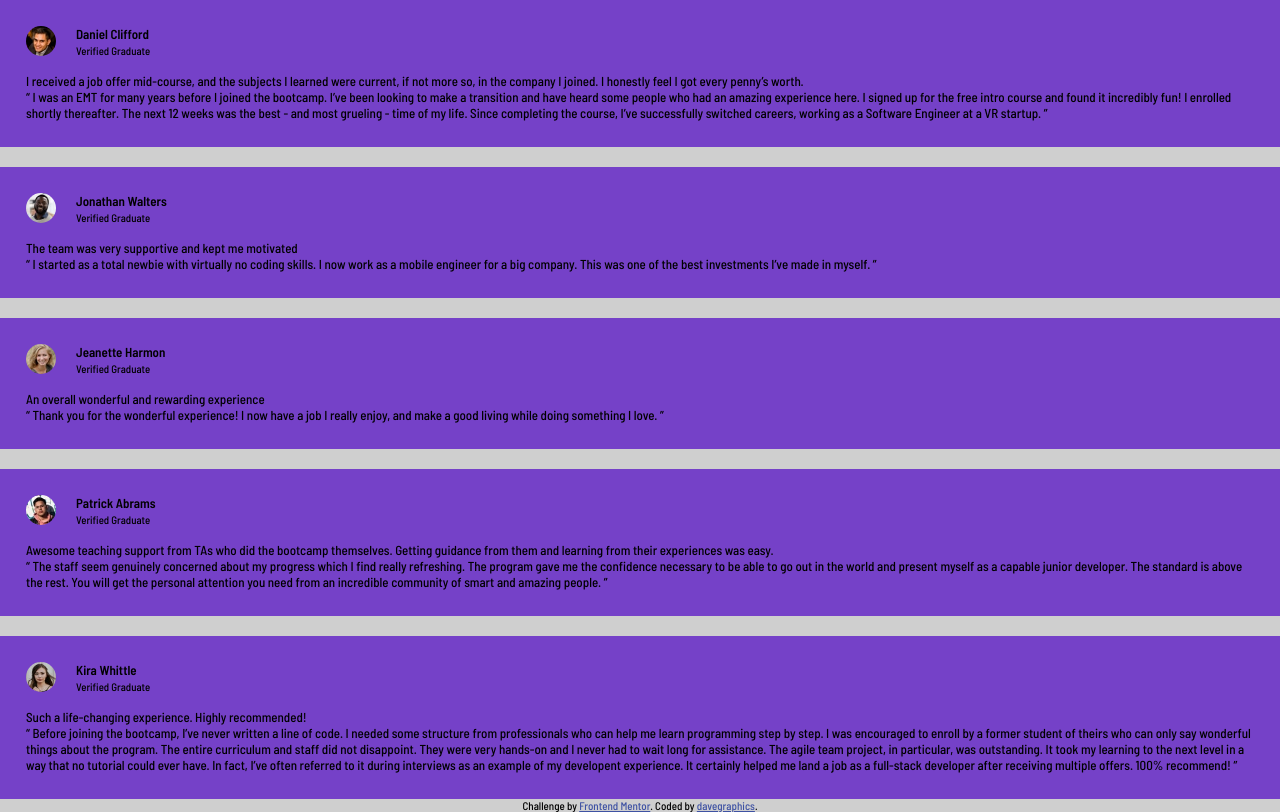
Repository: DejV44/testimonials_grid_section_main
Page: index.html
These files come from the project's save history. The page is drawn as it stood at one moment and after the next save; the edit follows.
The browser window is 1280 px wide. The pictures show the whole page.
The style sheet was rebuilt from its Sass, Less or Tailwind sources for each picture, by a compiler version that may differ from the author's.

Above is the page before, as saved 2021-07-14 20:04:29.

### index.html
<!DOCTYPE html>
<html lang="en">

<head>
  <meta charset="UTF-8">
  <meta name="viewport" content="width=device-width, initial-scale=1.0">
  <link rel="stylesheet" href="css/style.css">
  <link rel="icon" type="image/png" sizes="32x32" href="./images/favicon-32x32.png">
  <title>Frontend Mentor | Testimonials grid section</title>
</head>

<body>
  <div class="container">
    <div class="cards">
      <div class="image">
        <img src="./images/image-daniel.jpg" alt="image-daniel">
        <div>
          <h4>Daniel Clifford</h4>
          <small>Verified Graduate</small>
        </div>
      </div>
      <p>I received a job offer mid-course, and the subjects I learned were current, if not more so,
        in the company I joined. I honestly feel I got every penny’s worth.</p>
      <p>“ I was an EMT for many years before I joined the bootcamp. I’ve been looking to make a
        transition and have heard some people who had an amazing experience here. I signed up
        for the free intro course and found it incredibly fun! I enrolled shortly thereafter.
        The next 12 weeks was the best - and most grueling - time of my life. Since completing
        the course, I’ve successfully switched careers, working as a Software Engineer at a VR startup. ”</p>
    </div>
    <div class="cards">
      <div class="image">
        <img src="./images/image-jonathan.jpg" alt="image-jonathan">
        <div>
          <h4>Jonathan Walters</h4>
          <small>Verified Graduate</small>
        </div>
      </div>
      <p>The team was very supportive and kept me motivated</p>
      <p>“ I started as a total newbie with virtually no coding skills. I now work as a mobile engineer
        for a big company. This was one of the best investments I’ve made in myself. ”</p>
    </div>
    <div class="cards">
      <div class="image">
        <img src="./images/image-jeanette.jpg" alt="image-jeanette">
        <div>
          <h4>Jeanette Harmon</h4>
          <small>Verified Graduate</small>
        </div>
      </div>
      <p>An overall wonderful and rewarding experience</p>
      <p>“ Thank you for the wonderful experience! I now have a job I really enjoy, and make a good living
        while doing something I love. ”</p>
    </div>
    <div class="cards">
      <div class="image">
        <img src="./images/image-patrick.jpg" alt="image-patrick">
        <div>
          <h4>Patrick Abrams</h4>
          <small>Verified Graduate</small>
        </div>
      </div>
      <p>Awesome teaching support from TAs who did the bootcamp themselves. Getting guidance from them and
        learning from their experiences was easy.</p>
      <p>“ The staff seem genuinely concerned about my progress which I find really refreshing. The program
        gave me the confidence necessary to be able to go out in the world and present myself as a capable
        junior developer. The standard is above the rest. You will get the personal attention you need from
        an incredible community of smart and amazing people. ”</p>
    </div>
    <div class="cards">
      <div class="image">
        <img src="./images/image-kira.jpg" alt="image-kira">
        <div>
          <h4>Kira Whittle</h4>
          <small>Verified Graduate</small>
        </div>
      </div>
      <p>Such a life-changing experience. Highly recommended!</p>
      <p>“ Before joining the bootcamp, I’ve never written a line of code. I needed some structure from
        professionals who can help me learn programming step by step. I was encouraged to enroll by a former
        student of theirs who can only say wonderful things about the program. The entire curriculum and staff
        did not disappoint. They were very hands-on and I never had to wait long for assistance. The agile team
        project, in particular, was outstanding. It took my learning to the next level in a way that no tutorial
        could ever have. In fact, I’ve often referred to it during interviews as an example of my developent
        experience. It certainly helped me land a job as a full-stack developer after receiving multiple offers.
        100% recommend! ”</p>
    </div>
  </div>
  <div class="attribution">
    Challenge by <a href="https://www.frontendmentor.io?ref=challenge" target="_blank">Frontend Mentor</a>.
    Coded by <a href="#">davegraphics</a>.
  </div>
</body>

</html>

### css/style.scss
@import url('https://fonts.googleapis.com/css2?family=Barlow+Semi+Condensed:wght@500;600&display=swap');

$ModerateViolet: hsl(263, 55%, 52%);
$VeryDarkGrayishBlue: hsl(217, 19%, 35%);
$VeryDarkBlackishBlue: hsl(219, 29%, 14%);
$White: hsl(0, 0%, 100%);
$LightGray: hsl(0, 0%, 81%);
$LightGrayishBlue: hsl(210, 46%, 95%);

* {
    margin: 0;
    padding: 0;
}

body {
    font-size: 13px;
    font-family: 'Barlow Semi Condensed', sans-serif;
    background-color: $LightGray;


    .container {
        display: grid;
        grid-template-columns: 2fr;
        grid-template-rows: 2fr;
        gap: 20px;


        .cards {
            background-color: $ModerateViolet;
            padding: 2em;


            .image {
                display: flex;
                margin-bottom: 15px;

                img {
                    border-radius: 50%;
                    width: 30px;
                    height: 30px;
                    margin-right: 20px;
                }
            }
        }

    }


.attribution { font-size: 11px; text-align: center; }
.attribution a { color: hsl(228, 45%, 44%); }

}

After the next save:
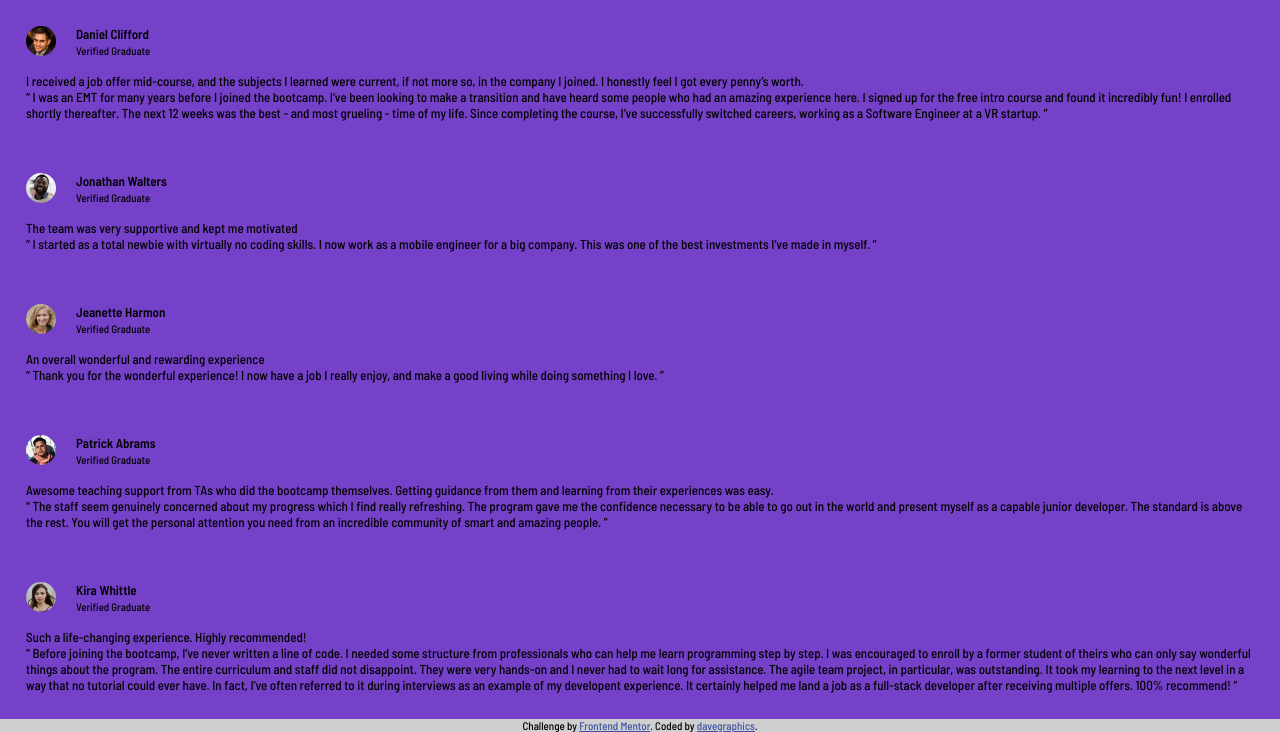
Saved 5 min 36 s later.
--- a/css/style.scss
+++ b/css/style.scss
@@ -22,12 +22,13 @@
         display: grid;
         grid-template-columns: 2fr;
         grid-template-rows: 2fr;
-        gap: 20px;
+
 
 
         .cards {
             background-color: $ModerateViolet;
             padding: 2em;
+            gap: 20px;
 
 
             .image {

After the save that followed:
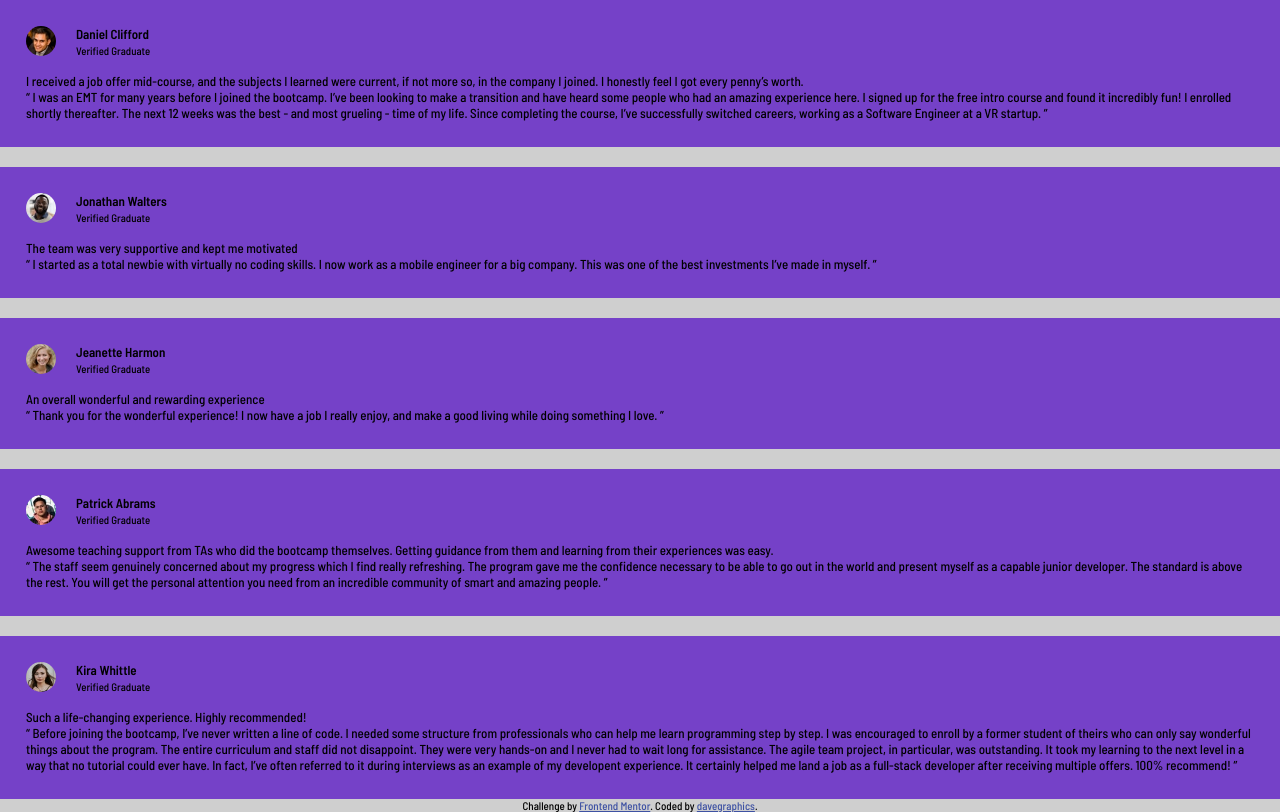
Saved 9 s later.
--- a/css/style.scss
+++ b/css/style.scss
@@ -22,13 +22,13 @@
         display: grid;
         grid-template-columns: 2fr;
         grid-template-rows: 2fr;
-
+        gap: 20px;
 
 
         .cards {
             background-color: $ModerateViolet;
             padding: 2em;
-            gap: 20px;
+
 
 
             .image {
